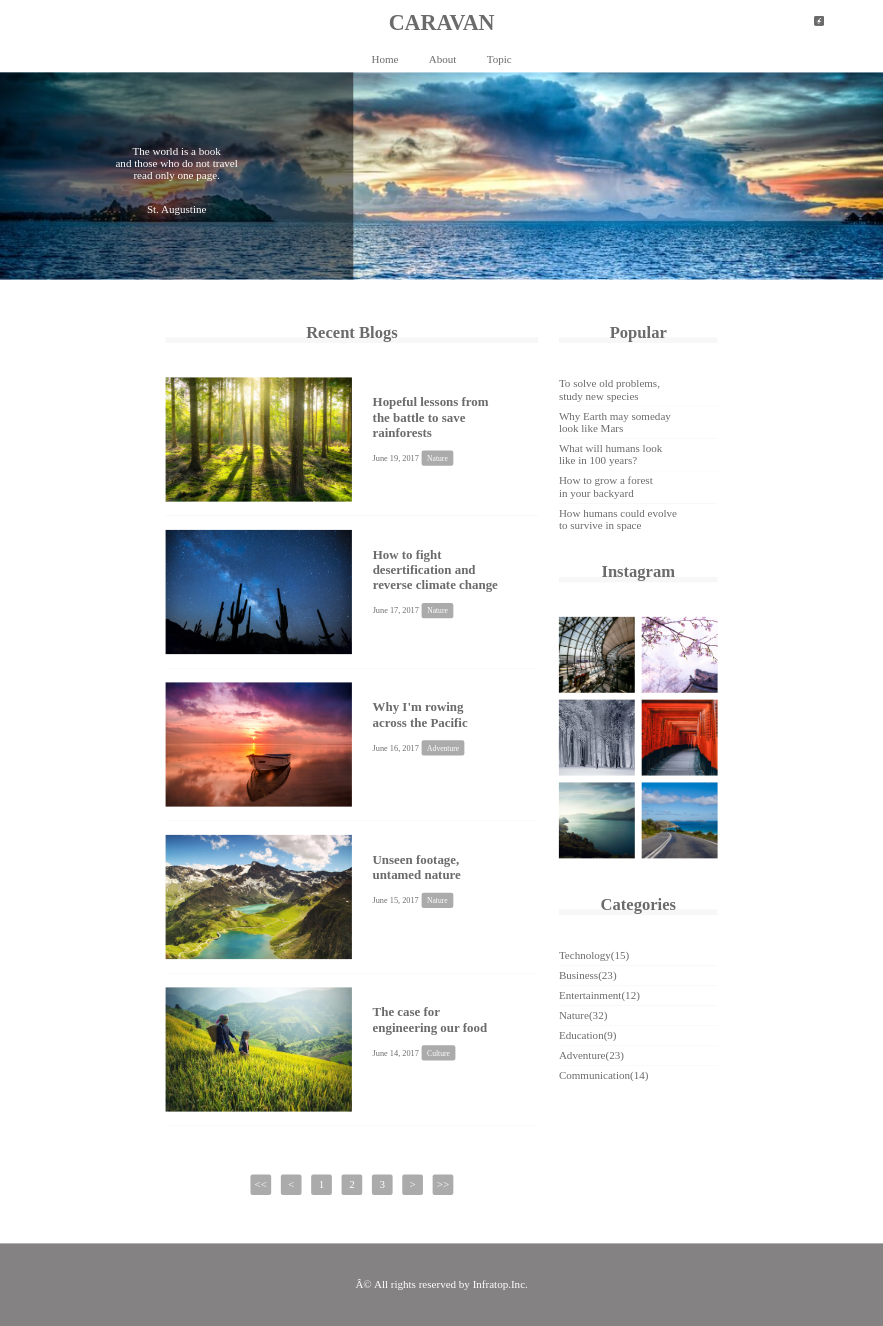
Repository: nashiworio1011/git-kadi1
Page: caravan/index.html
The author's editor kept a record of every edit. The page is drawn from the files as they stood at one moment, then again after the next edit.
The browser window is 1280 px wide. The pictures show the whole page, at 69% of full size.
Some web libraries are served in a nearby version.

Above is the page before.

### caravan/index.html
<!DOCTYPE html>
<html lang="ja">
  <head>
    <meta charset="UTF-8
    <meta name="viewport" content="width=device-width,initial-scale=1.0">
    <script src="https://kit.fontawesome.com/45a87129e4.js" crossorigin="anonymous"></script>
    <link rel="stylesheet" href="style.css" />
    <title>CARAVAN</title>
  </head>

  <body>
    <header>
      <h1 class="heading">
         <a href="index.html">CARAVAN</a>
      </h1>

      <div class="social">
        <i class="fab fa-facebook-square"></i>
        <i class="fab fa-twitter-square"></i>
        <i class="fab fa-instagram"></i>
      </div>
    </header>

    <nav>
      <ul class="nav-list">
        <li class="nav-list-item">
          <a href="index.html">Home</a>
        </li>
        <li class="nav-list-item">About</li>
        <li class="nav-list-item">Topic</li>
        </ul>
    </nav>

    <div class="main-visual">
      <div class="main-visual-content">
        <p class="main-visual-text">
          The world is a book<br />
          and those who do not travel<br />
          read only one page.
        </p>
        <p class="main-visual-name">
          St. Augustine
        </p>
      </div>
    </div>

    <main>
       <section class="blog">
         <h2 class="blog-heading">Recent Blogs</h2>

         <div class="blog-box">
          <div class="blog-item">
           <img class="blog-image" src="img/forest.jpg">
           <section class="blog-text">
            <h3 class="blog-text-heading">
              <a href="single.html">
                Hopeful lessons from<br>
                the battle to save<br>
                rainforests
              </a>
            </h3>
            <p class="blog-date">June 19, 2017</p>
            <span class="category">Nature</span>
          </section>
         </div>
         <div class="blog-item">
            <img class="blog-image" src="img/desert.jpg" />
            <section class="blog-text">
              <h3 class="blog-text-heading">
                <a href="single.html">
                  How to fight<br>
                  desertification and<br>
                  reverse climate change
                </a>
              </h3>
              <p class="blog-date">June 17, 2017</p>
              <span class="category">Nature</span>
            </section>
          </div>
          <div class="blog-item">
            <img class="blog-image" src="img/sunset.jpg" />
            <section class="blog-text">
              <h3 class="blog-text-heading">
                <a href="single.html">
                  Why I'm rowing<br>
                  across the Pacific
                </a>
              </h3>
              <p class="blog-date">June 16, 2017</p>
              <span class="category">Adventure</span>
            </section>
          </div>
          <div class="blog-item">
            <img class="blog-image" src="img/italy.jpg" />
            <section class="blog-text">
              <h3 class="blog-text-heading">
                <a href="single.html">
                  Unseen footage,<br>
                  untamed nature
                </a>
              </h3>
              <p class="blog-date">June 15, 2017</p>
              <span class="category">Nature</span>
            </section>
          </div>
          <div class="blog-item">
            <img class="blog-image" src="img/asia.jpg" />
            <section class="blog-text">
              <h3 class="blog-text-heading">
                <a href="single.html">
                  The case for<br>
                  engineering our food
                </a>
              </h3>
              <p class="blog-date">June 14, 2017</p>
              <span class="category">Culture</span>
            </section>
          </div>
        </div>
        <div class="pagination">
          <p><<</p>
          <p><</p>
          <p>1</p>
          <p>2</p>
          <p>3</p>
          <p>></p>
          <p>>></p>
        </div>
       </section>
       <div class="sidebar">
         <section class="popular">
          <h2 class="popular-heading common-heading">Popular</h2>
          <div class="sidebar-contents">
            <p class="popular-text">To solve old problems,<br>study new species</p>
            <p class="popular-text">Why Earth may someday<br>look like Mars</p>
            <p class="popular-text">What will humans look<br>like in 100 years?</p>
            <p class="popular-text">How to grow a forest<br>in your backyard</p>
            <p class="popular-text">How humans could evolve<br>to survive in space</p>
          </div>
        </section>
        <section class="instagram">
          <h2 class="instagram-heading common-heading">Instagram</h2>
          <div class="sidebar-contents">
            <div class="instagram-box"></div>
            <div class="instagram-box"></div>
            <div class="instagram-box"></div>
            <div class="instagram-box"></div>
            <div class="instagram-box"></div>
            <div class="instagram-box"></div>
          </div>
        </section>
        <section class="categories">
          <h2 class="categories-heading common-heading">Categories</h2>
          <div class="sidebar-contents">
            <p class="categories-text">Technology(15)</p>
            <p class="categories-text">Business(23)</p>
            <p class="categories-text">Entertainment(12)</p>
            <p class="categories-text">Nature(32)</p>
            <p class="categories-text">Education(9)</p>
            <p class="categories-text">Adventure(23)</p>
            <p class="categories-text">Communication(14)</p>
          </div>
        </section>
       </div>
    </main>

    <footer>
      <p class="footer-text">© All rights reserved by Infratop.Inc.</p>
    </footer>
  </body>
</html>

### caravan/style.css
/* ブラウザがそれぞれ持っているCSSをリセットするための記述 */
* {
  margin: 0;
  padding: 0;
  box-sizing: border-box;
  color: #6c6b6b;
}

a {
  text-decoration: none;
}

header {
  width: 90%;
  padding: 15px 0;
  margin: 0 auto;
  text-align: center;
  position: relative;
}

.social i {
  display: inline-block;
  margin-left: 20px;
  position: absolute;
  top: 22px;
  right: 22px;
}

header .heading {
  font-size: 32px;
}

.nav-list {
  text-align: center;
  padding: 10px 0;
  margin: 0 auto;
}

.nav-list-item {
  list-style: none;
  display: inline-block;
  margin: 0 20px;
}

.main-visual {
  width: 100%;
  height: 300px;
  background-image: url(img/mv.jpg);
  background-size: cover;
  background-position: center;
}

.main-visual-content {
  width: 40%;
  height: 300px;
  background-color: rgba( 0, 0, 0, 0.5);
  text-align: center;
  padding-top: 105px;
}

.main-visual-text {
  color: #fff; /* 文字色を白に変更 */
}

.main-visual-name {
  margin-top: 30px; /* 上側の外側の余白 */
  color: #fff; /* 文字色を白に変更 */
}

main {
  width: 800px;
  display: flex;
  justify-content: center;
  margin: 0 auto;
  padding: 70px 0;
}

.blog {
  width: 540px;
  margin-right: 30px;
}

.blog-heading {
  border-bottom: 8px solid #f7f7f7;
  text-align: center;
  line-height: 0.6;
}

.blog-box {
  padding-top: 50px;
}

.blog-item {
  padding-bottom: 20px;
  margin-bottom: 20px;
  border-bottom: 1px solid #f7f7f7;
  display: flex;
  justify-content: flex-start;
}

.blog-image {
  height: 180px;
}

.blog-text {
  padding: 25px 0 0 30px;
}

.blog-text-heading {
  padding-bottom: 15px;
}

.blog-date {
  font-size: 12px;
  display: inline-block;
}

.category {
  display: inline-block;
  padding: 5px 8px;
  background-color: #acabab;
  border-radius: 3px;
  color: #fff;
  font-size: 11px;
}

.pagination {
  text-align: center;
  padding-top: 50px;
}

.pagination p {
  display: inline-block;
  width: 30px;
  height: 30px;
  margin: 0 5px;
  color: #fff;
  background-color: #acabab;
  border-radius: 3px;
  line-height: 30px;
}

.sidebar {
  width: 230px;
}

.common-heading {
  border-bottom: 8px solid #f7f7f7;
  text-align: center;
  line-height: 0.6;
}

.sidebar-contents {
  padding: 50px 0;
}

.popular-text,
.categories-text {
  padding-bottom: 5px;
  border-bottom: 1px solid #f7f7f7;
  margin-bottom: 5px;
}

.popular-text:last-child,
.categories-text:last-child {
  margin: 0;
  padding: 0;
  border: none;
}

.instagram .sidebar-contents {
  display: flex;
  flex-wrap: wrap;
}

.instagram-box {
  width: 110px;
  padding-top: 110px;
  background-size: cover;
  background-position: center;
  margin-bottom: 10px;
}

.instagram-box:nth-child(odd) {
  margin: 0 10px 10px 0;
}

.instagram-box:nth-child(1) {
  background-image: url(img/airport.jpg);
}

.instagram-box:nth-child(2) {
  background-image: url(img/japan.jpg);
}

.instagram-box:nth-child(3) {
  background-image: url(img/snow.jpg);
}

.instagram-box:nth-child(4) {
  background-image: url(img/japan2.jpg);
}

.instagram-box:nth-child(5) {
  background-image: url(img/lake.jpg);
}

.instagram-box:nth-child(6) {
  background-image: url(img/road.jpg);
}

footer {
  width: 100%;
  height: 120px;
  text-align: center;
  line-height: 120px;
  background-color: #848282;
}

.footer-text {
  color: #fff;
}

After the next edit:
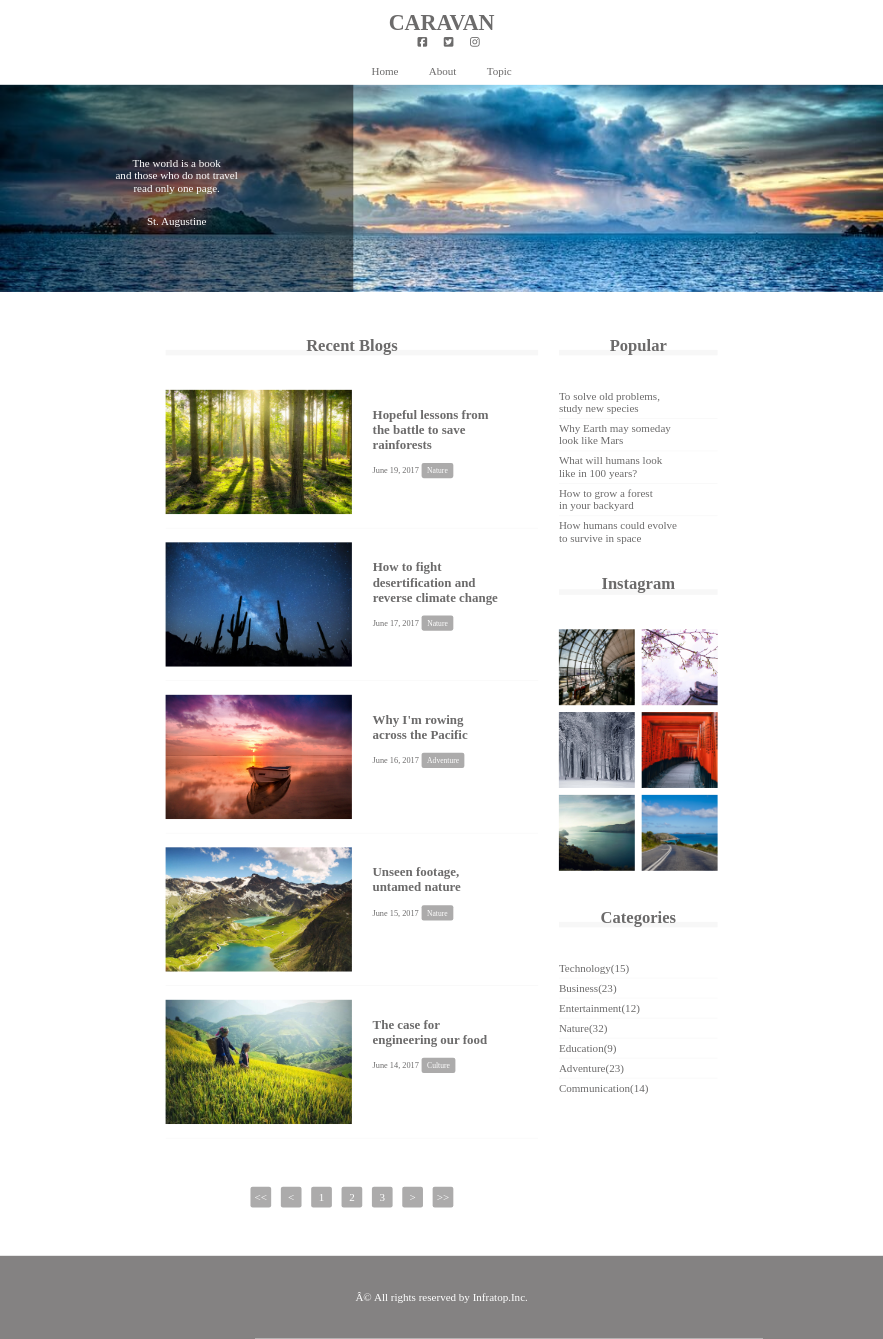
The edit:
--- a/caravan/style.css
+++ b/caravan/style.css
@@ -21,9 +21,6 @@
 .social i {
   display: inline-block;
   margin-left: 20px;
-  position: absolute;
-  top: 22px;
-  right: 22px;
 }
 
 header .heading {

After the edit that followed:
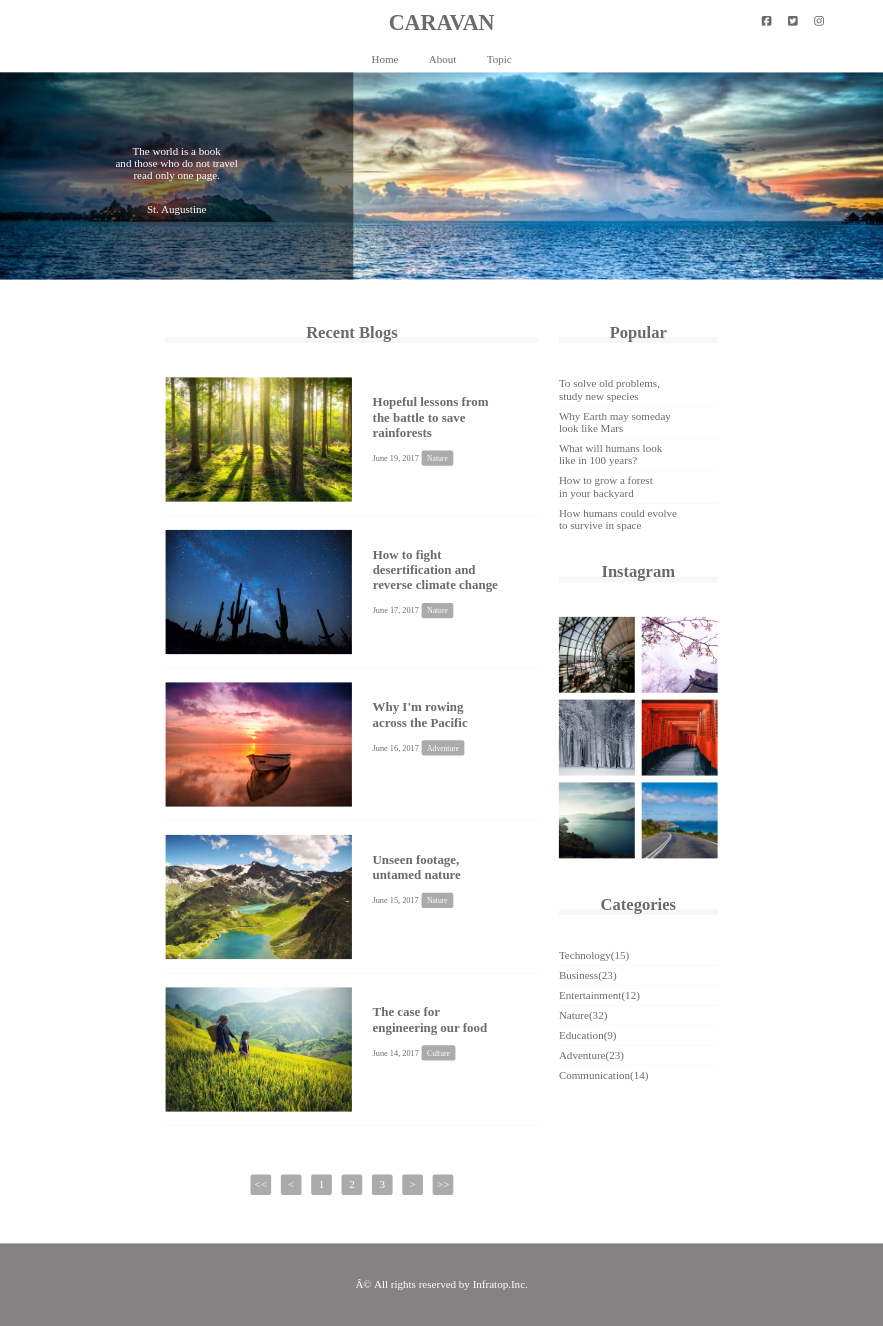
The edit:
--- a/caravan/style.css
+++ b/caravan/style.css
@@ -16,6 +16,12 @@
   margin: 0 auto;
   text-align: center;
   position: relative;
+}
+
+.social {
+  position: absolute;
+  top: 22px;
+  right: 22px;
 }
 
 .social i {
